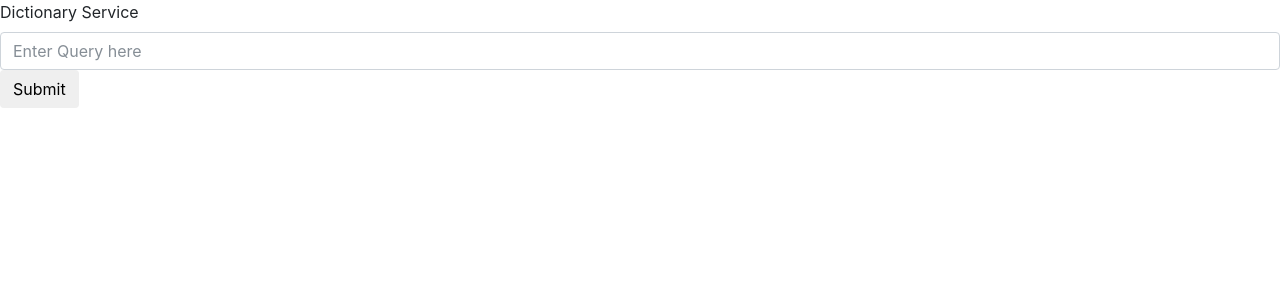
Repository: IanBurke1/AsyncRMI_DictionaryService
Page: AsyncRMI_DictionaryService/WebContent/index.html
The author's editor kept a copy of each file at every save. The page is drawn from the files as they stood at one save, then again after the next save.
The browser window is 1280 px wide. The pictures show the whole page.

Above is the page before, as saved 2017-12-18 15:17:27.

After the next save:
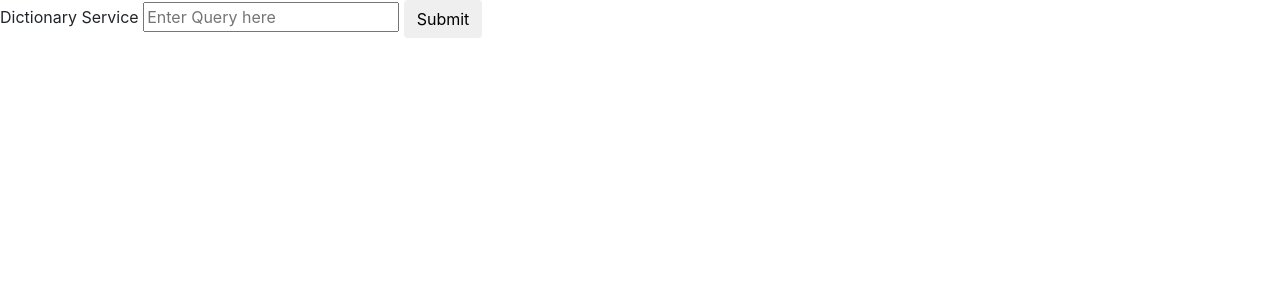
Saved 51 s later.
--- a/AsyncRMI_DictionaryService/WebContent/index.html
+++ b/AsyncRMI_DictionaryService/WebContent/index.html
@@ -10,7 +10,7 @@
 <form>
 
     <label for="exampleInputEmail1">Dictionary Service</label>
-    <input type="email" class="form-control input-sm" id="exampleInputEmail1" aria-describedby="emailHelp" placeholder="Enter Query here">
+    <input type="email" id="exampleInputEmail1" aria-describedby="emailHelp" placeholder="Enter Query here">
 
   <button type="submit" class="btn btn-default">Submit</button>
 </form>
